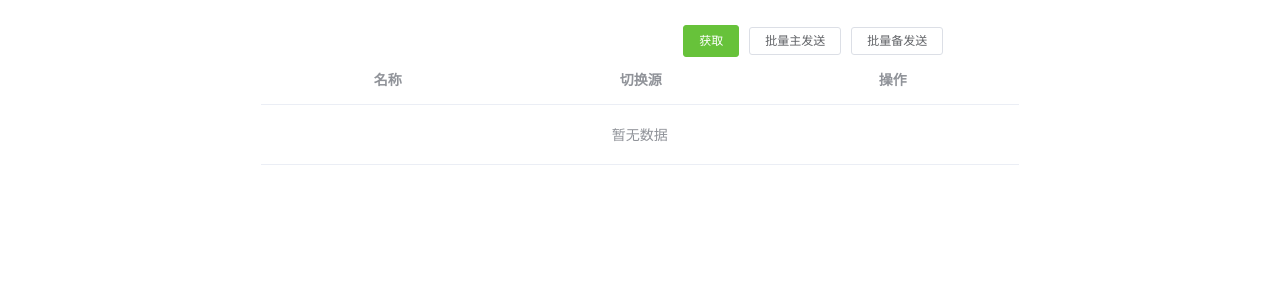
Repository: faintout/BHMQTTSendTool
Page: /
These files come from the project's save history. The page is drawn as it stood at one moment and after the next save; the edit follows.
The browser window is 1280 px wide. The pictures show the whole page.
The project was rebuilt for these pictures with package versions that can differ from the ones it lists, and the page was loaded fresh each time. Also part of the build but not shown: vue.config.js, src/views/MovingInfoShow.vue.

Above is the page before, as saved 2020-09-03 15:38:32.

### public/index.html
<!DOCTYPE html>
<html lang="en">
  <head>
    <meta charset="utf-8">
    <meta http-equiv="X-UA-Compatible" content="IE=edge">
    <meta name="viewport" content="width=device-width,initial-scale=1.0">
    <link rel="stylesheet" href="">
    <title></title>
  </head>
  <body>
    <div id="app">

    </div>
    <!-- built files will be auto injected -->
  </body>
</html>

### src/main.js
import Vue from 'vue'
import App from './App.vue'
import router from './router'
import $ from 'jquery'
import ElementUi from 'element-ui'
import 'element-ui/lib/theme-chalk/index.css'
import 'element-ui/lib/theme-chalk/reset.css'

Vue.config.productionTip = false
Vue.use(ElementUi)
new Vue({
  router,
  render: h => h(App)
}).$mount('#app')

### src/router/index.js
import Vue from "vue";
import VueRouter from "vue-router";
import MqttSendTool from "../views/MqttSendTool.vue";
import MovingInfoShow from "../views/MovingInfoShow.vue";
import layout from "../views/layout.vue";

Vue.use(VueRouter);

const routes = [
  {
    path: "/",
    name: "layout",
    component: layout,
    children: [
      {
        path: "/",
        name: "MqttSendTool",
        component: MqttSendTool,
      },
      {
        path: "/MovingInfoShow",
        name: "MovingInfoShow",
        component: MovingInfoShow,
      },
    ],
  },
];

const router = new VueRouter({
  routes,
});

export default router;

### src/views/MqttSendTool.vue
<template>
    <div class="content">
        <title></title>
        <!-- 按钮模块 -->
        <div  class="content_title">
            <!-- <el-input style="display:inline-block;width:20%;right: 5%;" size="small" v-model="localIP"></el-input> -->
            <el-button type="success" size="small" @click="getAllMqttData">获取</el-button>
            <el-button size="mini" @click="batch(0)">批量主发送</el-button>
            <el-button size="mini" @click="batch(1)">批量备发送</el-button>
            <!-- <el-button type="success" size="small" @click="sendData()">发送</el-button> -->
        </div>
        <el-table v-loading="tableLoading" :data="tableData" class="el_table">
            >
            <el-table-column prop="name" label="名称" align='center'>
            </el-table-column>
            <el-table-column label="切换源" align='center'>
                <template slot-scope="scope">
                    <el-radio-group v-model="scope.row.switchStatus">
                        <el-radio :label="0" @click="scope.row.switchStatus = 0">主</el-radio>
                        <el-radio :label="1" @click="scope.row.switchStatus = 1">备</el-radio>
                    </el-radio-group>
                </template>
            </el-table-column>
            <el-table-column label="操作" align='center'>
                <template slot-scope="scope">
                    <el-button type="success" size="small" @click="changeData(scope.row)">编辑</el-button>
                    <el-button type="success" size="small" @click="sendData(scope.row)">发送</el-button>
                </template>
            </el-table-column>
        </el-table>
        <!-- 弹框 -->
        <el-dialog title="编辑" :visible.sync="dialogVisible" width="30%"  :close-on-click-modal = false>
            <el-input type="textarea" :rows="25" class="el_input" v-model="editTable"></el-input>
            <span slot="footer" class="dialog-footer">
                <el-button @click="dialogVisible = false">取 消</el-button>
                <el-button type="primary" @click="saveEdit">确 定</el-button>
            </span>
        </el-dialog>

    </div>
</template>

<script>
    //设置本地储存方法
    window.local = (key, value) => {
        return value ? localStorage.setItem(key, value) : localStorage.getItem(key)
    }
    export default {
        components: {},
        data() {
            return {
                dialogVisible: false,
                //本地IP
                localIP: '',
                //表格框加载
                tableLoading: false,
                tableData: [],
                editTable: '',
                editId: '',
                editswitchStatus: ''

            }
        },
        watch: {
            localIP(n, o) {
                local('localIP', n)
            }
        },
        computed: {

        },
        methods: {
            saveEdit() {
                this.dialogVisible = false
                let indicatorValue = this.editTable
                //保存
                console.log("修改名称", this.editList);
                let deviceId = this.editId
                let switchStatus = this.editswitchStatus
                let parmas = { indicatorValue, deviceId, switchStatus }
                $.ajax({
                    type: 'POST',
                    url: 'http://' + this.localIP + '/testData/setIndicatorValue',
                    data: parmas,
                    success: (data) => {
                        data.success && this.$message({type:'success',message:'数据修改成功！',duration:1000, offset:100})
                    },
                    error: () => {
                        this.$message({type:'error',message:'数据获取失败，请检查IP地址！',duration:3000,offset:100})
                    }
                })
            },
            changeData(value) {
                console.log(value);
                this.dialogVisible = true
                if (!value.switchStatus) {
                    //等于一
                    this.editTable = this.getFormatData(JSON.stringify(value.masterData))
                } else {
                    this.editTable = this.getFormatData(JSON.stringify(value.slaveData))
                }
                this.editId = value.id
                this.editswitchStatus = value.switchStatus
            },
            //获取所有数据
            getAllMqttData() {
                $.ajax({
                    type: 'POST',
                    url: 'http://' + this.localIP + '/testData/getDeviceListData',
                    success: (data) => {
                        if (data.data == []) {
                            this.$message({type:'error',message:'获取数据为空！请确认数据是否存在',duration:3000,offset:100})
                            return
                        }
                        this.tableData = data.data
                        data.success && this.$message({type:'success',message:'数据获取成功！',duration:1000,offset:100})
                    },
                    error: () => {
                        this.$message({type:'error',message:'数据获取失败，请检查IP地址！',duration:3000,offset:100})
                    }
                })
            },
            //数据处理
            dataProcessing() {

            },
            //批量设置
            /**
             * @type 0 主 1 备
             * @Date 2020-08-26 14:13:24
             */
            batch(type) {
                this.tableData.forEach(item => {
                    item.switchStatus = type ? 1 : 0
                })
                this.sendData()
            },
            //发送数据
            sendData(value) {
                this.tableLoading = true
                let data = value ? value : this.tableData
                console.log(data);
                let params = {
                    deviceIds: ''
                }
                if (data.length > 1) {
                    data.map(item => {
                        params.deviceIds += item.id + ','
                    })
                    params.deviceIds = params.deviceIds.substr(0, params.deviceIds.length - 1)
                    params.switchStatus = data[0].switchStatus
                } else {
                    params.deviceIds = data.id
                    params.switchStatus = data.switchStatus
                }
                console.log(params);
                // return
                $.ajax({
                    type: "POST",
                    url: 'http://' + this.localIP + '/testData/applySwitch',
                    data: params,
                    success: (data) => {
                        data.success && this.$message({type:'success',message:'数据发送成功！',duration:1000,offset:100})
                        this.tableLoading = false
                    },
                    error: () => {

                    }
                })
                this.getAllMqttData()
            },
            //读取本地localIP
            getLocalIP() {
                this.localIP = local('localIP') != null ? local('localIP') : '172.17.35.23:24699'
                local('localIP') == null && local('localIP', '172.17.35.23:24699')
            },

            //方法
            repeat(s, count) {
                return new Array(count + 1).join(s)
            },
            formatJson(json) {
                var i = 0,
                    il = 0,
                    tab = "    ",
                    newJson = "",
                    indentLevel = 0,
                    inString = false,
                    currentChar = null;
                for (i = 0, il = json.length; i < il; i += 1) {
                    currentChar = json.charAt(i);
                    switch (currentChar) {
                        case '{':
                        case '[':
                            if (!inString) {
                                newJson += currentChar + "\n" + this.repeat(tab, indentLevel + 1);
                                indentLevel += 1
                            } else {
                                newJson += currentChar
                            }
                            break;
                        case '}':
                        case ']':
                            if (!inString) {
                                indentLevel -= 1;
                                newJson += "\n" + this.repeat(tab, indentLevel) + currentChar
                            } else {
                                newJson += currentChar
                            }
                            break;
                        case ',':
                            if (!inString) {
                                newJson += ",\n" + this.repeat(tab, indentLevel)
                            } else {
                                newJson += currentChar
                            }
                            break;
                        case ':':
                            if (!inString) {
                                newJson += ": "
                            } else {
                                newJson += currentChar
                            }
                            break;
                        case ' ':
                        case "\n":
                        case "\t":
                            if (inString) {
                                newJson += currentChar
                            }
                            break;
                        case '"':
                            if (i > 0 && json.charAt(i - 1) !== '\\') {
                                inString = !inString
                            }
                            newJson += currentChar;
                            break;
                        default:
                            newJson += currentChar;
                            break
                    }
                }
                return newJson
            },
            getFormatData(json) {
                var json = json + "";
                if (json.indexOf('{') == -1 && json.indexOf('[') == -1) {
                    return json;
                } else {
                    return (this.formatJson(json));
                }
            }

        },
        mounted() {
            console.log(local('localIP'), window);
            //读取本地IP
            this.getLocalIP()
            this.getAllMqttData()

        },
        created() {

        },
    }
</script>
<style lang="less" scoped>
    .content {
        width: 60%;
        margin: 2% auto;
        margin-bottom: 0;
    }

    .el_table {
        width: 100%;
        position: relative;

    }
    .content_title{
        text-align: right;
        margin-right: 10%;
    }
    /deep/.el-message{
        top: 50px !important;
    }

    input {
        height: 20rem;
    }
</style>

### src/views/layout.vue
<template>
    <div>
        <!-- <header-info></header-info> -->
        <mqtt-send-tool v-if='activeIndex==1'></mqtt-send-tool>
        <moving-info-show v-if='activeIndex==2'></moving-info-show>
    </div>
</template>

<script>
// import headerInfo from './header.vue'
import MqttSendTool from './MqttSendTool'
import MovingInfoShow from './MovingInfoShow'
    export default {
        components: {
        MqttSendTool,
        MovingInfoShow
        },
        data() {
            return {
                activeIndex: '1',
            }
        },
        watch: {},
        computed: {},
        methods: {
            handleSelect(key, keyPath) {
                this.activeIndex = key
            }
        },
        mounted() {},
        created() {},
    }
</script>
<style lang="less" scoped>
    .el-menu-demo {
        padding-left: 30%;
    }
</style>

Loaded but not shown: src/App.vue (common file)

After the next save:
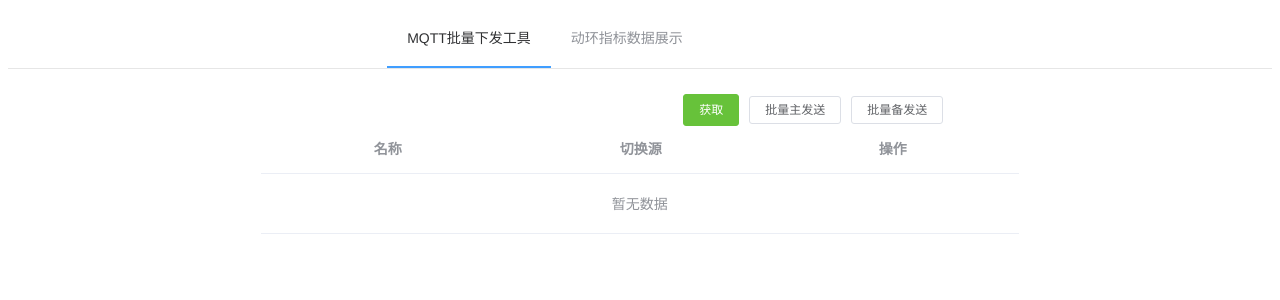
Saved 5 s later.
--- a/src/views/layout.vue
+++ b/src/views/layout.vue
@@ -1,6 +1,11 @@
 <template>
     <div>
         <!-- <header-info></header-info> -->
+                <el-menu :default-active="activeIndex" class="el-menu-demo" mode="horizontal" @select="handleSelect">
+            <!-- <el-menu-item index="1">处理中心</el-menu-item> -->
+            <el-menu-item index="1">MQTT批量下发工具</el-menu-item>
+            <el-menu-item index="2">动环指标数据展示</el-menu-item>
+        </el-menu>
         <mqtt-send-tool v-if='activeIndex==1'></mqtt-send-tool>
         <moving-info-show v-if='activeIndex==2'></moving-info-show>
     </div>
